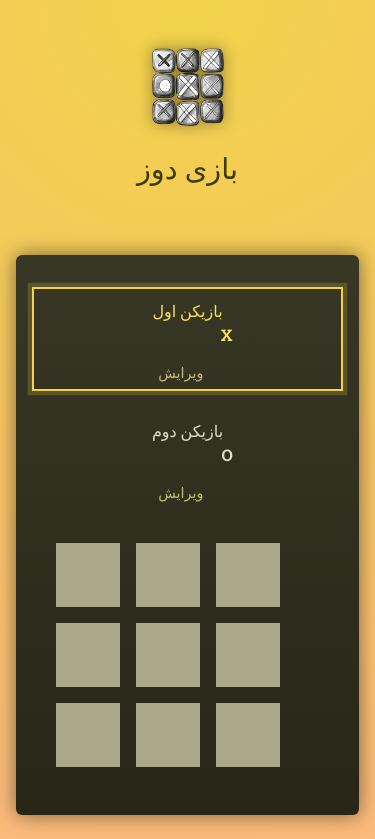
Repository: H-ala/react-tic-toc-toe
Page: /
The author's editor kept a copy of each file at every save. The page is drawn from the files as they stood at one save, then again after the next save.
The browser window is 375 px wide. The pictures show the whole page.
Some web fonts or font styles are not loaded; a fallback is used. The project was rebuilt for these pictures with package versions that can differ from the ones it lists, and the page was loaded fresh each time. Also part of the build but not shown: vite.config.js, src/components/GameOver.jsx.

Above is the page before, as saved 2025-10-21 18:07:14.

### index.html
<!DOCTYPE html>
<html lang="en">
  <head>
    <meta charset="UTF-8" />
    <link rel="icon" type="image/svg+xml" href="/game-logo.png" />
    <meta name="viewport" content="width=device-width, initial-scale=1.0" />
    <title>React Tic-Tac-Toe</title>
  </head>
  <body>
    <header>
      <img src="game-logo.png" alt="main picture">
      <h1>بازی دوز</h1>
    </header>
    <div id="root"></div>
    <script type="module" src="/src/index.jsx"></script>
  </body>
</html>

### src/App.jsx
import { WINNING_COMBINATIONS } from "./winning_combinations.js";
import { useState } from "react";
import GameBoard from "./components/GameBoard.jsx";
import GameOver from "./components/GameOver.jsx";
import Player from "./components/Player.jsx";
import Log from "./components/Log.jsx";

const PLAYERS = {
    X: "بازیکن اول",
    O: "بازیکن دوم",
  }

const INITIAL_GAME_BOARD = [
  [null, null, null],
  [null, null, null],
  [null, null, null],
];

function deriveActivePlayer(gameTurns) {
  let currentPlayer = "X";
  if (gameTurns.length > 0 && gameTurns[0].player === "X") {
    currentPlayer = "O";
  }
  return currentPlayer;
}

function deriveGameBoard(gameTurns) {
  let gameBoard = [...INITIAL_GAME_BOARD.map((innerArray) => [...innerArray])];

  for (const turn of gameTurns) {
    const { square, player } = turn;
    const { row, col } = square;

    gameBoard[row][col] = player;
  }
  return gameBoard
}

function deriveWinner(gameBoard, players) {
  let winner;

  for (const combination of WINNING_COMBINATIONS) {
    const firstSquareSymbol =
      gameBoard[combination[0].row][combination[0].column];
    const secondSquareSymbol =
      gameBoard[combination[1].row][combination[1].column];
    const thirdSquareSymbol =
      gameBoard[combination[2].row][combination[2].column];

    if (
      firstSquareSymbol &&
      firstSquareSymbol === secondSquareSymbol &&
      firstSquareSymbol === thirdSquareSymbol
    ) {
      winner = players[firstSquareSymbol];
    }
  }

  return winner;
}

function App() {
  const [players, setplayers] = useState(PLAYERS);
  const [gameTurns, setGameTurns] = useState([]);

  const activePlayer = deriveActivePlayer(gameTurns);

  const gameBoard = deriveGameBoard(gameTurns);
  const winner = deriveWinner(gameBoard, players);
  const isDraw = gameTurns.length === 9 && !winner;

  function handleSelectSquare(rowIndex, colIndex) {
    setGameTurns((prevTurns) => {
      const currentPlayer = deriveActivePlayer(prevTurns);
      const updatedTurns = [
        {
          square: { row: rowIndex, col: colIndex },
          player: currentPlayer,
        },
        ...prevTurns,
      ];
      return updatedTurns;
    });
  }

  function handlePlayerName(symbol, newName) {
    setplayers((prevPlayers) => {
      return {
        ...prevPlayers,
        [symbol]: newName,
      };
    });
  }

  function handleRestart() {
    setGameTurns([]);
  }
  return (
    <main>
      <div id="game-container">
        <ol id="players" className="highlight-player">
          <Player
            initialName={PLAYERS.X}
            symbol="X"
            isActive={activePlayer === "X"}
            onChangeName={handlePlayerName}
          />
          <Player
            initialName={PLAYERS.O}
            symbol="O"
            isActive={activePlayer === "O"}
            onChangeName={handlePlayerName}
          />
        </ol>
        {(winner || isDraw) && (
          <GameOver winner={winner} onRestart={handleRestart} />
        )}
        <GameBoard onSelectSquare={handleSelectSquare} board={gameBoard} />
      </div>
      <Log turns={gameTurns} />
    </main>
  );
}

export default App;

### src/index.css
@import url("https://fonts.googleapis.com/css2?family=Caprasimo&family=Roboto+Slab:wght@400;700&display=swap");

* {
  box-sizing: border-box;
}

html {
  font-family: "Roboto Slab", sans-serif;
  line-height: 1.5;
  color: #ebe7ef;
  font-synthesis: none;
  text-rendering: optimizeLegibility;
  -webkit-font-smoothing: antialiased;
  -moz-osx-font-smoothing: grayscale;
  -webkit-text-size-adjust: 100%;
}

body {
  background: radial-gradient(
      circle at top,
      rgba(241, 210, 70, 0.98),
      rgba(250, 176, 103, 0.87)
    ),
    url("bg-pattern-dark.png");
  background-repeat: repeat;
  background-size: 100% 100%, 30% 30%, 100% 100%;
  min-height: 100vh;
  direction: rtl;
  margin: 0;
  padding: 0;
}

header {
  text-align: center;
  padding: 1rem;
}

header img {
  width: 6rem;
  object-fit: contain;
  margin: 2rem auto 1rem auto;
  filter: drop-shadow(0 0 8px rgba(0, 0, 0, 0.4));
}

h1 {
  font-family: "Caprasimo", cursive;
  font-size: 2.5rem;
  margin: 0 auto 2rem auto;
  color: #3f3b00;
  text-align: center;
}

#game-container {
  max-width: 45rem;
  margin: 2rem auto;
  padding: 2rem;
  border-radius: 6px;
  background: linear-gradient(#383624, #282617);
  box-shadow: 0 0 20px rgba(0, 0, 0, 0.5);
  position: relative;
}

#players {
  list-style: none;
  padding: 0;
  margin: 1rem 0;
  display: flex;
  justify-content: center;
  align-items: center;
  gap: 2rem;
  flex-wrap: wrap;
}

#players li {
  display: flex;
  align-items: center;
  justify-content: center;
  width: 45%;
  min-width: 12rem;
  border: 2px solid transparent;
}

#players.highlight-player li.active {
  border-color: #f6e35a;
  animation: pulse 2s infinite ease-in-out;
}

#players.highlight-player li.active .player-name,
#players.highlight-player li.active .player-symbol {
  color: #f6e35a;
}

#players button {
  width: 3rem;
  border: none;
  background: none;
  color: #c3ba78;
  font-size: 0.9rem;
  cursor: pointer;
  transition: color 0.2s;
  padding: 0.5rem;
  text-align: center;
}

#players button:hover {
  color: #f8ca31;
}

.player {
  border: 2px solid transparent;
  padding: 0.5rem;
  border-radius: 4px;
  font-weight: bold;
}

.player-name {
  display: inline-block;
  width: 8rem;
  font-size: 1rem;
  color: #e1dec7;
  text-transform: uppercase;
  text-align: center;
}

.player input {
  font: inherit;
  font-size: 1rem;
  width: 8rem;
  border: none;
  padding: 0.5rem;
  animation: pulse-text 2s infinite;
  background-color: #46432f;
  text-align: center;
  text-transform: uppercase;
}

.player-symbol {
  margin-left: 0.5rem;
  font-size: 1rem;
  color: #e1dec7;
}

#pre-game {
  text-align: center;
}

#pre-game button {
  cursor: pointer;
  background: none;
  color: #f8c031;
  border: none;
  font-family: "Caprasimo", cursive;
  font-size: 3rem;
  text-shadow: 0 0 12px rgba(0, 0, 0, 0.7);
  animation: pulse-text-size 2s infinite ease-out;
}

#game-board {
  display: flex;
  flex-direction: column;
  align-items: center;
  gap: 1rem;
  margin: 2rem 0;
  list-style: none;
}

#game-board ol {
  display: flex;
  justify-content: center;
  gap: 1rem;
  margin: 0;
  padding: 0;
  list-style: none;
}

#game-board button {
  width: 6rem;
  height: 6rem;
  border: none;
  background: #aca788;
  color: #3f3b00;
  font-size: 3rem;
  cursor: pointer;
  font-family: "Caprasimo", cursive;
  padding: 1rem;
}

#game-over {
  position: absolute;
  top: 0;
  left: 0;
  width: 100%;
  height: 100%;
  display: flex;
  flex-direction: column;
  justify-content: center;
  align-items: center;
  background-color: rgba(40, 38, 23, 0.95);
  animation: pop-in 0.5s cubic-bezier(0.68, -0.55, 0.65, 0.52) forwards;
}

#game-over h2 {
  font-family: "Caprasimo", cursive;
  font-size: 3rem;
  text-align: center;
  color: #fcd256;
  margin: 0;
}

#game-over p {
  font-size: 1.5rem;
  text-align: center;
  color: #e1dec7;
}

#game-over button {
  margin-top: 1rem;
  font-size: 1.2rem;
  background: none;
  border: 2px solid #fcd256;
  color: #fcd256;
  padding: 0.5rem 1rem;
  border-radius: 4px;
  cursor: pointer;
  transition: all 0.2s;
  box-shadow: 0 0 8px rgba(255, 187, 0, 0.4);
}

#game-over button:hover {
  background: #fcd256;
  color: #3f3b00;
  transform: scale(1.1);
  box-shadow: 0 0 20px rgba(255, 187, 0, 0.8);
}

#log {
  max-width: 20rem;
  color: #3f3b00;
  list-style: none;
  margin: 1.5rem auto;
  padding: 0;
  text-align: center;
}

#log li {
  border-radius: 4px;
  animation: slide-in-from-left 1s cubic-bezier(0.075, 0.82, 0.165, 1) forwards;
  margin: 0.5rem;
}

#log li.highlighted {
  background-color: #3f3b00;
  color: white;
}

#game-hints {
  text-align: center;
  color: #46432f;
}

#game-hints h2 {
  font-family: "Caprasimo", cursive;
  font-size: 1.5rem;
  margin: 0;
}

#game-hints ul {
  list-style: none;
  padding: 0;
  margin: 0;
}

#game-hints button {
  cursor: pointer;
  border: none;
  background: transparent;
  color: #23221f;
  font: inherit;
  margin-top: 1rem;
}

/* ======== Animations ======== */

@keyframes slide-in-from-left {
  0% {
    opacity: 0;
    transform: translateX(-30%);
  }
  100% {
    opacity: 1;
    transform: translateX(0);
  }
}

@keyframes pulse-text {
  0%,
  100% {
    color: #e1dec7;
  }
  50% {
    color: #9f9d83;
  }
}

@keyframes pulse-text-size {
  0%,
  100% {
    transform: scale(1);
  }
  50% {
    transform: scale(1.05);
  }
}

@keyframes pulse {
  0%,
  100% {
    border-color: #f6e35a;
    box-shadow: 0 0 0 0 rgba(246, 227, 90, 0.4);
  }
  50% {
    border-color: #f8c031;
    box-shadow: 0 0 0 0.5rem rgba(248, 165, 49, 0);
  }
}

@keyframes pop-in {
  0% {
    transform: scale(0);
    opacity: 0;
  }
  80% {
    transform: scale(1.1);
    opacity: 1;
  }
  100% {
    transform: scale(1);
  }
}

/* ======== Responsive Breakpoints ======== */

@media (max-width: 768px) {
  h1 {
    font-size: 2rem;
  }

  #game-container {
    padding: 1rem;
    margin: 1rem;
  }

  #players {
    flex-direction: column;
    gap: 1rem;
  }

  #players li {
    width: 100%;
  }

  #game-board button {
    width: 5rem;
    height: 5rem;
    font-size: 2.5rem;
  }

  #pre-game button {
    font-size: 2.5rem;
  }

  #game-over h2 {
    font-size: 2.5rem;
  }

  #game-over p {
    font-size: 1.2rem;
  }
}

@media (max-width: 480px) {
  body {
    background-size: cover;
  }

  header img {
    width: 4.5rem;
  }

  h1 {
    font-size: 1.8rem;
  }

  #game-board button {
    width: 4rem;
    height: 4rem;
    font-size: 2rem;
  }

  #log {
    font-size: 0.9rem;
  }

  #pre-game button {
    font-size: 2rem;
  }

  #players li {
    flex-direction: column;
  }

  .player-name,
  .player input {
    width: 100%;
  }
}

### src/winning_combinations.js
export const WINNING_COMBINATIONS = [
  [
    { row: 0, column: 0 },
    { row: 0, column: 1 },
    { row: 0, column: 2 },
  ],
  [
    { row: 1, column: 0 },
    { row: 1, column: 1 },
    { row: 1, column: 2 },
  ],
  [
    { row: 2, column: 0 },
    { row: 2, column: 1 },
    { row: 2, column: 2 },
  ],
  [
    { row: 0, column: 0 },
    { row: 1, column: 0 },
    { row: 2, column: 0 },
  ],
  [
    { row: 0, column: 1 },
    { row: 1, column: 1 },
    { row: 2, column: 1 },
  ],
  [
    { row: 0, column: 2 },
    { row: 1, column: 2 },
    { row: 2, column: 2 },
  ],
  [
    { row: 0, column: 0 },
    { row: 1, column: 1 },
    { row: 2, column: 2 },
  ],
  [
    { row: 0, column: 2 },
    { row: 1, column: 1 },
    { row: 2, column: 0 },
  ],
];

### src/components/Player.jsx
import { useState } from "react";

export default function ({ initialName, symbol, isActive, onChangeName }) {
  const [playerName, setplayerName] = useState(initialName);
  const [isEditting, setIsEditting] = useState(false);

  function handleEditClick() {
    setIsEditting((editting) => !editting);
    if (isEditting) {
      onChangeName(symbol, playerName);
    }
  }

  function handleChange(event) {
    setplayerName(event.target.value);
  }

  let edittablePlayerName = <span className="player-name">{playerName}</span>;
  if (isEditting) {
    edittablePlayerName = (
      <input type="text" required value={playerName} onChange={handleChange} />
    );
  }
  return (
    <li className={isActive ? "active" : undefined}>
      <span className="player">
        {edittablePlayerName}
        <span className="player-symbol">{symbol}</span>
      </span>
      <button onClick={handleEditClick}>{isEditting ? "ذخیره" : "ویرایش"} </button>
    </li>
  );
}

### src/components/Log.jsx
export default function Log({ turns }) {
  return (
    <ol id="log">
      {turns.map((turn) => (
        <li key={`${turn.square.row}${turn.square.col}`}>
          {turn.player} ردیف {turn.square.row + 1} و ستون {turn.square.col + 1}{" "}
          را انتخاب کرد
        </li>
      ))}
    </ol>
  );
}

Loaded but not shown: src/index.jsx (common file); src/components/GameBoard.jsx (common file)

After the next save:
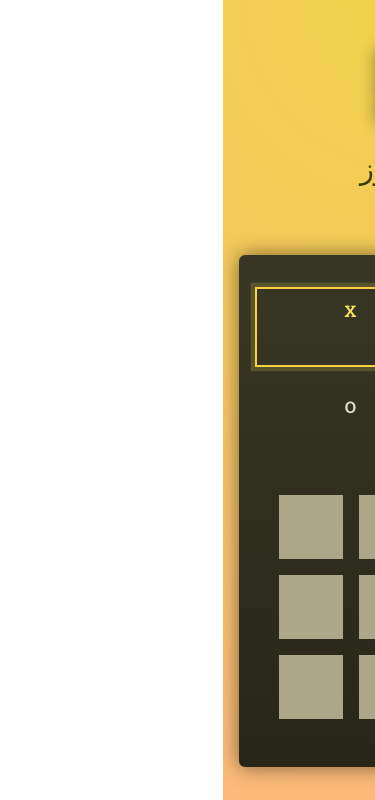
Saved 4 s later.
--- a/src/index.css
+++ b/src/index.css
@@ -411,6 +411,5 @@
 
   .player-name,
   .player input {
-    width: 100%;
-  }
-}
+  }
+}

After the save that followed:
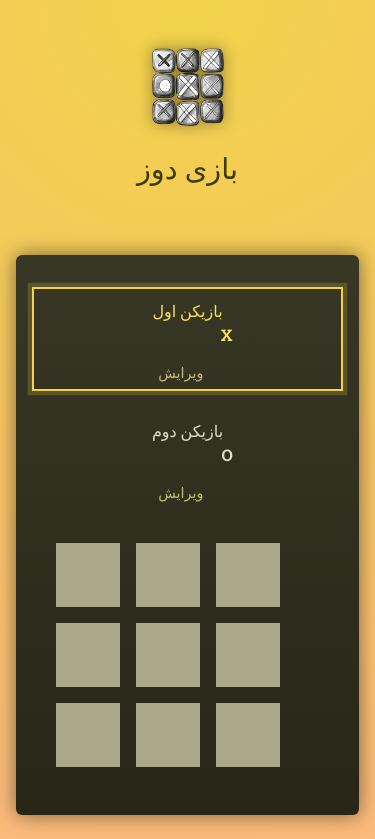
Saved 22 s later.
--- a/src/index.css
+++ b/src/index.css
@@ -411,5 +411,6 @@
 
   .player-name,
   .player input {
-  }
-}
+    width: 100%;
+  }
+}
